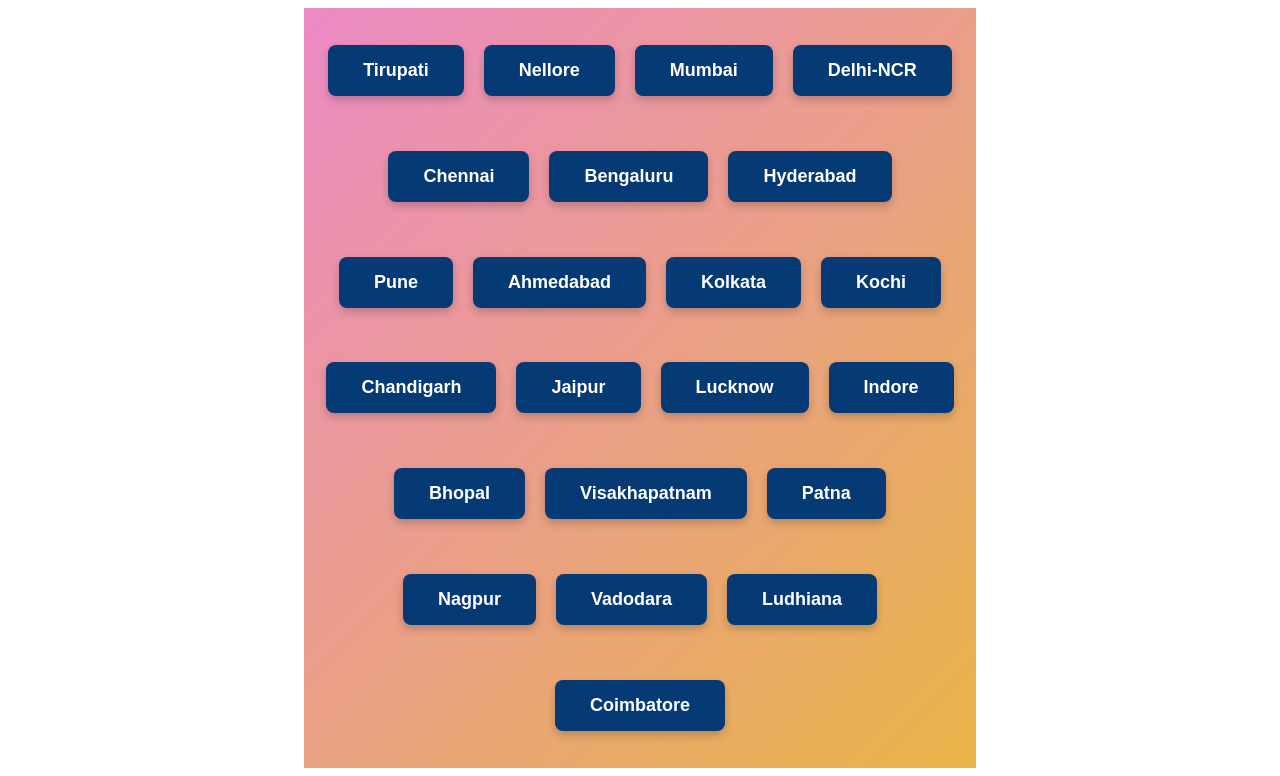
Repository: gnanaprasunag/MovieBookingApp
Page: /navigation (app in frontend/)
The author's editor kept a copy of each file at every save. The page is drawn from the files as they stood at one save, then again after the next save.
The browser window is 1280 px wide. The pictures show the whole page.
The page's requests for data from a server got no answer. The project was rebuilt for these pictures with package versions that can differ from the ones it lists, and the page was loaded fresh each time. No one was signed in, and anything a server would have sent is missing. Also part of the build but not shown: frontend/src/components/PrivateRoute.js, frontend/src/components/AuthorizeRoute.js.

Above is the page before, as saved 2025-05-05 02:22:04.

### frontend/src/index.js
import React from 'react';
import ReactDOM from 'react-dom/client';
import App from './App';
import { BrowserRouter } from 'react-router-dom'
import { Provider } from 'react-redux';
import { store } from "./components/store";

store.subscribe(()=>{
  console.log("state",store.getState())
})

const root = ReactDOM.createRoot(document.getElementById('root'));
root.render(
  <BrowserRouter>
    <Provider store={store}>
      <App />
      </Provider>
  </BrowserRouter>
);

### frontend/src/App.js
import { Routes, Route } from 'react-router-dom';
import { ToastContainer } from 'react-toastify';
import 'react-toastify/dist/ReactToastify.css';
import { handleReload } from './components/regSlice';
import { useEffect, lazy, Suspense } from 'react';
import PrivateRoute from './components/PrivateRoute';
import AuthorizeRoute from './components/AuthorizeRoute';
import { useDispatch } from 'react-redux';
import {
    reloadMovies,
    reloadCastcrews,
    reloadSingledate,
    reloadTimeplaces,
    reloadBookinghistory,
    reloadRatings
} from './components/movieSlice';
import { useNavigate } from 'react-router-dom';

// Lazy-loaded components
const Register = lazy(() => import('./pages/registerLoginUserprofile/Register'));
const Login = lazy(() => import('./pages/registerLoginUserprofile/Login'));
const Profile = lazy(() => import('./pages/registerLoginUserprofile/Profile'));
const ListUsers = lazy(() => import('./pages/registerLoginUserprofile/ListUsers'));
const Forbidden = lazy(() => import('./pages/registerLoginUserprofile/Forbidden'));
const Direction = lazy(() => import('./pages/Direction'));

const MovieDetails = lazy(() => import('./pages/movieCreation/MovieDetails'));
const CastcrewDetails = lazy(() => import('./pages/castcrewCreation/CastcrewDetails'));
const TimeplaceDetails = lazy(() => import('./pages/timeplaceCreation/TimeplaceDetails'));
const BookingHistory = lazy(() => import('./pages/bookingHistory/BookingHistory'));
const UserBookingHistory = lazy(() => import('./pages/bookingHistory/UserBookingHistory'));
const RatingDetails = lazy(() => import('./pages/rating/RatingDetails'));
const Ratings = lazy(() => import('./pages/rating/Ratings'));
const AllRatings = lazy(() => import('./pages/rating/AllRatings'));

const Genre = lazy(() => import('./pages/Genre'));
const BrowseHere = lazy(() => import('./pages/BrowseHere'));
const Call = lazy(() => import('./pages/Call'));
const VoiceSearch = lazy(() => import('./pages/VoiceSearch'));
const InitialPage = lazy(() => import('./pages/InitialPage'));
const Navigation = lazy(() => import('./pages/Navigation'));
const FandQ = lazy(() => import('./pages/FandQ'));
const Pay = lazy(() => import('./pages/Pay'));
const Onmovieclick = lazy(() => import('./pages/Onmovieclick'));
const Onlocationclick = lazy(() => import('./pages/Onlocationclick'));
const Onbooktickets = lazy(() => import('./pages/Onbooktickets'));
const Onplaceclick = lazy(() => import('./pages/Onplaceclick'));
const Snack = lazy(() => import('./pages/Snack'));
const AllDetails = lazy(() => import('./pages/AllDetails'));
const BookingSummary = lazy(() => import('./pages/BookingSummary'));
const AvailableOffers = lazy(() => import('./pages/AvailableOffers'));
const ApplicableOffers = lazy(() => import('./pages/ApplicableOffers'));

function App() {
    const navigate = useNavigate();
    const dispatch = useDispatch();

    // Reload data and user session when app starts
    useEffect(() => {
        (async () => {
            try {
                console.log('before reload dispatch');
                console.log('in useEffect in app handleReload', handleReload);

                if (localStorage.getItem('token')) {
                    dispatch(handleReload());
                }
                dispatch(reloadMovies());
                dispatch(reloadCastcrews());
                dispatch(reloadTimeplaces());
                dispatch(reloadBookinghistory());
                dispatch(reloadRatings());
                dispatch(reloadSingledate());
            } catch (err) {
                console.log('error', err);
            }
        })();
    }, []);

    // Redirect "/" to /initialpage
    useEffect(() => {
        if (window.location.pathname === '/') {
            navigate('/initialpage');
        }
    }, []);

    return (
        <div className="App">
            <Suspense fallback={<div>Loading...</div>}>
                <Routes>
                    <Route path="/register" element={<Register />} />
                    <Route path="/login" element={<Login />} />
                    <Route path="/direction" element={<Direction />} />

                    <Route path="/moviedetails" element={<PrivateRoute><MovieDetails /></PrivateRoute>} />
                    <Route path="/castcrewdetails" element={<PrivateRoute><CastcrewDetails /></PrivateRoute>} />
                    <Route path="/timeplacedetails" element={<PrivateRoute><TimeplaceDetails /></PrivateRoute>} />
                    <Route path="/bookinghistory" element={<PrivateRoute><BookingHistory /></PrivateRoute>} />
                    <Route path="/userbookinghistory" element={<PrivateRoute><UserBookingHistory /></PrivateRoute>} />
                    <Route path="/ratingdetails" element={<PrivateRoute><RatingDetails /></PrivateRoute>} />
                    <Route path="/ratings" element={<Ratings />} />
                    <Route path="/allratings" element={<AllRatings />} />
                    <Route path="/alldetails" element={<PrivateRoute><AllDetails /></PrivateRoute>} />
                    <Route path="/availableoffers" element={<AvailableOffers />} />
                    <Route path="/applicableoffers" element={<PrivateRoute><ApplicableOffers /></PrivateRoute>} />
                    <Route path="/bookingsummmary" element={<PrivateRoute><BookingSummary /></PrivateRoute>} />
                    <Route path="/genre" element={<Genre />} />
                    <Route path="/browsehere" element={<BrowseHere />} />
                    <Route path="/call" element={<PrivateRoute><Call /></PrivateRoute>} />
                    <Route path="/snack" element={<PrivateRoute><Snack /></PrivateRoute>} />
                    <Route path="/voicesearch" element={<VoiceSearch />} />
                    <Route path="/navigation" element={<Navigation />} />
                    <Route path="/initialpage" element={<InitialPage />} />
                    <Route path="/profile" element={<PrivateRoute><Profile /></PrivateRoute>} />
                    <Route path="/fandq" element={<FandQ />} />
                    <Route path="/pay" element={<PrivateRoute><Pay /></PrivateRoute>} />
                    <Route path="/onmovieclick" element={<Onmovieclick />} />
                    <Route path="/onplaceclick" element={<Onplaceclick />} />
                    <Route path="/onlocationclick" element={<Onlocationclick />} />
                    <Route path="/onbooktickets" element={<Onbooktickets />} />

                    <Route path="/listusers" element={
                        <PrivateRoute>
                            <AuthorizeRoute roles={['admin', 'moderator']}>
                                <ListUsers />
                            </AuthorizeRoute>
                        </PrivateRoute>
                    } />

                    <Route path="/forbidden" element={<Forbidden />} />
                </Routes>
            </Suspense>
            <ToastContainer />
        </div>
    );
}

export default App;

### frontend/src/components/store.js
import { configureStore } from "@reduxjs/toolkit";
import userReducer from "./regSlice";
import movieReducer from "./movieSlice";

export const store = configureStore({
  reducer: {
    user: userReducer,
    movieSlice:movieReducer
  },
});

console.log(store.getState());

### frontend/src/components/regSlice.js
import { createSlice, createAsyncThunk } from '@reduxjs/toolkit';
import { toast } from 'react-toastify';
import axios from '../config/axios';

// ------------------------------
// 🟢 Async Thunks
// ------------------------------

const handleApiErrors = (err, rejectWithValue, defaultMsg = 'An error occurred') => {
    if (err.response?.data?.error) {
        return rejectWithValue({ serverErrors: [err.response.data.error] });
    } else if (err.response?.data?.errors) {
        const array = err.response.data.errors.map((ele) => ele.msg);
        return rejectWithValue({ serverErrors: array });
    } else {
        return rejectWithValue({ serverErrors: [defaultMsg] });
    }
};

export const handleEditProfile = createAsyncThunk(
    "users/handleEditProfile",
    async ({ editId, formData }, { rejectWithValue }) => {
        try {
            const response = await axios.put(
                `/api/users/change-profile/${editId}`,
                formData,
                { headers: { 'Authorization': localStorage.getItem('token') } }
            );
            return response.data;
        } catch (err) {
            return handleApiErrors(err, rejectWithValue, 'Failed to edit profile');
        }
    }
);

export const handleRegister = createAsyncThunk(
    "users/handleRegister",
    async (formData, { rejectWithValue }) => {
        try {
            const response = await axios.post('/api/users/register', formData);
            toast('Successfully Registered', { autoClose: 1000 });
            return response.data;
        } catch (err) {
            return handleApiErrors(err, rejectWithValue, 'Registration failed');
        }
    }
);

export const handleReload = createAsyncThunk(
    "users/handleReload",
    async (_, { rejectWithValue }) => {
        try {
            const response = await axios.get('/api/users/account', {
                headers: { 'Authorization': localStorage.getItem('token') }
            });
            return response.data;
        } catch (err) {
            return handleApiErrors(err, rejectWithValue, 'Failed to reload user data');
        }
    }
);

export const handlemailcheck = createAsyncThunk(
    "users/handleEmailcheck",
    async ({ email }, { rejectWithValue }) => {
        try {
            const response = await axios.post('/api/users/mailcheck', { email });
            return response.data;
        } catch (err) {
            return rejectWithValue({
                serverErrors: ['Email ID is not present']
            });
        }
    }
);

export const handleLogin = createAsyncThunk(
    "users/handleLogin",
    async (formData, { rejectWithValue }) => {
        try {
            const response = await axios.post('/api/users/login', formData, {
                headers: { 'Authorization': localStorage.getItem('token') }
            });
            localStorage.setItem('token', response.data.token);
            toast('Successfully logged in');
            return response.data;
        } catch (err) {
            return handleApiErrors(err, rejectWithValue, 'Login failed');
        }
    }
);

// ------------------------------
// 🟢 Slice
// ------------------------------

const initialState = {
    user: null,
    isLoggedin: false,
    error: null,
    status: "idle",
    editId: null
};

const userSlice = createSlice({
    name: "users",
    initialState,
    reducers: {
        handleEditId: (state, action) => {
            state.editId = action.payload;
        },
        handleLogout: (state) => {
            localStorage.removeItem('token');
            state.user = null;
            state.isLoggedin = false;
            state.error = null;
            state.editId = null;
            state.status = "idle";
            toast("Successfully logged out");
        },
        handleServerErrors: (state, action) => {
            state.error = action.payload;
        }
    },
    extraReducers: (builder) => {
        builder
            // Register
            .addCase(handleRegister.pending, (state) => {
                state.status = "loading";
            })
            .addCase(handleRegister.fulfilled, (state, action) => {
                state.status = "success";
                state.user = action.payload;
                state.error = null;
            })
            .addCase(handleRegister.rejected, (state, action) => {
                state.error = action.payload.serverErrors;
            })

            // Login
            .addCase(handleLogin.pending, (state) => {
                state.status = "loading";
            })
            .addCase(handleLogin.fulfilled, (state, action) => {
                state.isLoggedin = true;
                state.user = action.payload.user;
                state.error = null;
            })
            .addCase(handleLogin.rejected, (state, action) => {
                state.error = action.payload.serverErrors;
            })

            // Reload
            .addCase(handleReload.fulfilled, (state, action) => {
                state.isLoggedin = true;
                state.user = action.payload;
                state.error = null;
            })

            // Edit Profile
            .addCase(handleEditProfile.fulfilled, (state, action) => {
                state.editId = null;
                state.user = action.payload;
                state.error = null;
            })
            .addCase(handleEditProfile.rejected, (state, action) => {
                state.error = action.payload.serverErrors;
            });
    }
});

export const { handleLogout, handleServerErrors, handleEditId } = userSlice.actions;
export default userSlice.reducer;

### frontend/src/components/movieSlice.js
import { createSlice, createAsyncThunk } from '@reduxjs/toolkit';
import axios from '../config/axios';


const handleApiErrors = (err, rejectWithValue) => {
    if (err.response?.data?.error) {
        return rejectWithValue({ serverErrors: [err.response.data.error] });
    } else if (err.response?.data?.errors) {
        const array = err.response.data.errors.map(ele => ele.msg);
        return rejectWithValue({ serverErrors: array });
    } else {
        return rejectWithValue({ serverErrors: ['Unknown error occurred'] });
    }
};

export const reloadSingledate = createAsyncThunk(
    "movies/reloadSingledate",
    async (_, { rejectWithValue }) => {
        try {
            const response = await axios.get('/api/singledate');
            return response.data;
        } catch (err) {
            return handleApiErrors(err, rejectWithValue);
        }
    }
);

export const reloadMovies = createAsyncThunk(
    "movies/reloadMovies",
    async (_, { rejectWithValue }) => {
        try {
            const response = await axios.get('/api/movies');
            return response.data;
        } catch (err) {
            return handleApiErrors(err, rejectWithValue);
        }
    }
);

export const reloadCastcrews = createAsyncThunk(
    "movies/reloadCastcrews",
    async (_, { rejectWithValue }) => {
        try {
            const response = await axios.get('/api/castcrew');
            return response.data;
        } catch (err) {
            return handleApiErrors(err, rejectWithValue);
        }
    }
);

export const reloadTimeplaces = createAsyncThunk(
    "movies/reloadTimeplaces",
    async (_, { rejectWithValue }) => {
        try {
            const response = await axios.get('/api/timeplace');
            return response.data;
        } catch (err) {
            return handleApiErrors(err, rejectWithValue);
        }
    }
);

export const reloadBookinghistory = createAsyncThunk(
    "movies/reloadBookinghistory",
    async (_, { rejectWithValue }) => {
        try {
            const response = await axios.get('/api/bookinghistory');
            return response.data;
        } catch (err) {
            return handleApiErrors(err, rejectWithValue);
        }
    }
);

export const reloadRatings = createAsyncThunk(
    "movies/reloadRatings",
    async (_, { rejectWithValue }) => {
        try {
            const response = await axios.get('/api/rating');
            return response.data;
        } catch (err) {
            return handleApiErrors(err, rejectWithValue);
        }
    }
);

// ------------------------------
// 🟢 Slice
// ------------------------------

const initialState = {
    allmovies: null,
    allcastcrews: null,
    alltimeplaces: null,
    allbookinghistories: null,
    allratings: null,
    allsingledate: null,
    error: null,
    status: "idle",
    editId: null
};

const movieSlice = createSlice({
    name: "movies",
    initialState,
    reducers: {
        handleEditId: (state, action) => {
            state.editId = action.payload;
        },
        handleServerErrors: (state, action) => {
            state.error = action.payload;
        },
        moviesAfterEdit: (state, action) => {
            state.allmovies = action.payload;
        },
        castcrewAfterRemove: (state, action) => {
            state.allcastcrews = action.payload;
        },
        timeplaceAfterRemove: (state, action) => {
            state.alltimeplaces = action.payload;
        },
        ratingAfterRemove: (state, action) => {
            state.allratings = action.payload;
        }
    },
    extraReducers: (builder) => {
        builder
            .addCase(reloadMovies.pending, (state) => {
                state.status = "loading";
            })
            .addCase(reloadMovies.fulfilled, (state, action) => {
                state.allmovies = action.payload;
                state.status = "idle";
            })
            .addCase(reloadMovies.rejected, (state, action) => {
                state.error = action.payload?.serverErrors;
                state.status = "idle";
            })
            .addCase(reloadSingledate.fulfilled, (state, action) => {
                state.allsingledate = action.payload;
            })
            .addCase(reloadCastcrews.fulfilled, (state, action) => {
                state.allcastcrews = action.payload;
            })
            .addCase(reloadCastcrews.rejected, (state, action) => {
                state.error = action.payload?.serverErrors;
            })
            .addCase(reloadTimeplaces.fulfilled, (state, action) => {
                state.alltimeplaces = action.payload;
            })
            .addCase(reloadBookinghistory.fulfilled, (state, action) => {
                state.allbookinghistories = action.payload;
            })
            .addCase(reloadRatings.fulfilled, (state, action) => {
                state.allratings = action.payload;
            });
    }
});

export const {
    handleEditId,
    handleServerErrors,
    moviesAfterEdit,
    castcrewAfterRemove,
    timeplaceAfterRemove,
    ratingAfterRemove
} = movieSlice.actions;

export default movieSlice.reducer;

### frontend/src/pages/Navigation.js
import { useState } from "react";
import { useNavigate } from "react-router-dom";
import "./navigation.css"; // Assuming the CSS file is in the same directory

export default function Navigation() {
  const navigate = useNavigate();
  const [selectedLocation, setSelectedLocation] = useState("");

  const places = [
    "Tirupati",
    "Nellore",
    "Mumbai",
    "Delhi-NCR",
    "Chennai",
    "Bengaluru",
    "Hyderabad",
    "Pune",
    "Ahmedabad",
    "Kolkata",
    "Kochi",
    "Chandigarh",
    "Jaipur",
    "Lucknow",
    "Indore",
    "Bhopal",
    "Visakhapatnam",
    "Patna",
    "Nagpur",
    "Vadodara",
    "Ludhiana",
    "Coimbatore",
  ];

  const handleClick = (ele) => {
    setSelectedLocation(ele);
    navigate("/initialpage", { state: { selectedlocation: ele } });
  };

  return (
    <div className="navigation-container">
      {places.map((ele, i) => (
        <button
          key={i}
          onClick={() => handleClick(ele)}
          className="location-button"
        >
          {ele}
        </button>
      ))}
    </div>
  );
}

### frontend/src/config/axios.js
import axios from 'axios'
//we can create axios configuration object
export default axios.create({
    baseURL:'http://localhost:9213'
})

### frontend/src/pages/navigation.css
/* Full-page container styling */
.navigation-container {
    display: flex;
    flex-wrap: wrap;
    justify-content: center;
    align-items: center;
    min-height: 100vh;
    background: linear-gradient(135deg, #ec8ac5, #e8b547); /* Soft gradient */
    gap: 20px;
    padding: 20px;
    max-width:50%;
    margin:0 auto;
}

/* Location button styling */
.location-button {
    padding: 15px 35px;
    background-color: #063a75; /* Elegant blue */
    color: #fff;
    border: none;
    border-radius: 8px;
    font-size: 18px;
    font-weight: 600;
    cursor: pointer;
    box-shadow: 0 4px 8px rgba(0, 0, 0, 0.2);
    transition: all 0.3s ease;
    text-transform: capitalize;
}

/* Hover effect */
.location-button:hover {
    background-color: #357ABD;
    transform: translateY(-3px);
    box-shadow: 0 6px 12px rgba(0, 0, 0, 0.3);
}

/* Click effect */
.location-button:active {
    transform: translateY(0);
    box-shadow: 0 4px 8px rgba(0, 0, 0, 0.2);
}

Loaded but not shown: frontend/public/index.html (common file)

After the next save:
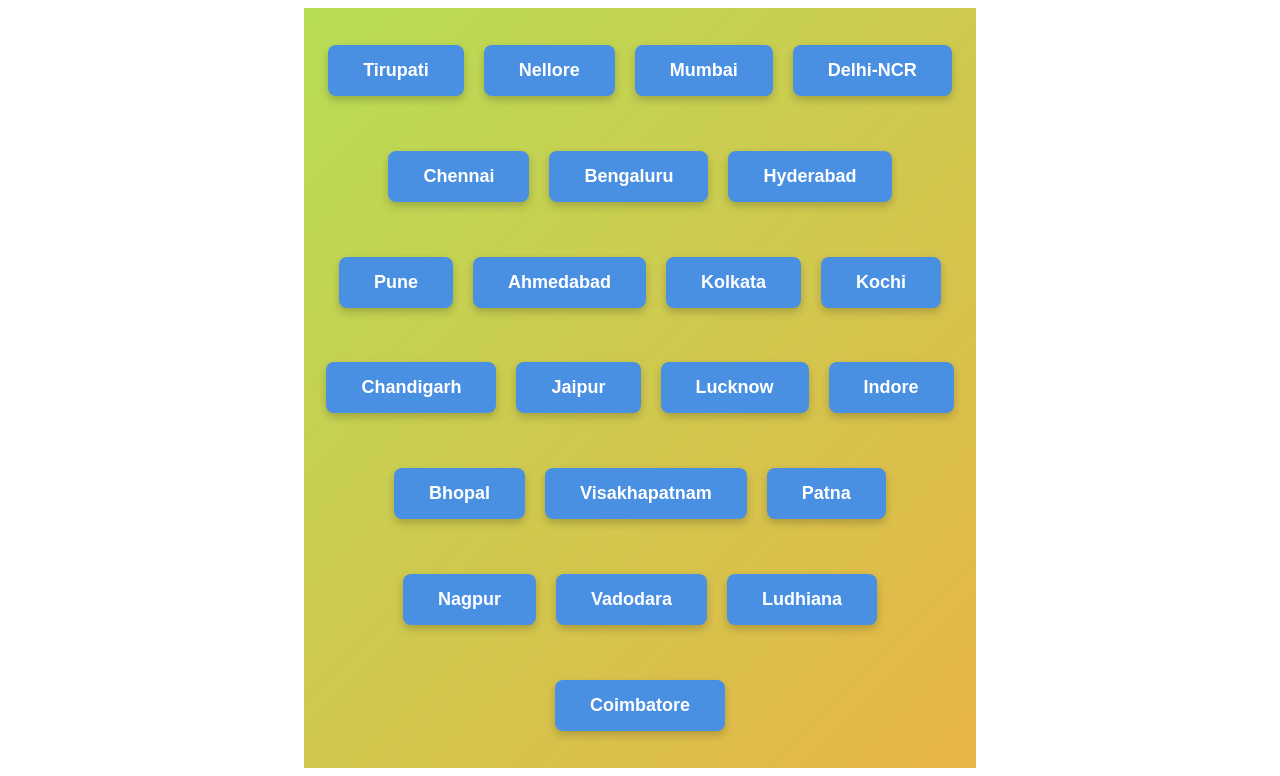
Saved 18 s later.
--- a/frontend/src/pages/navigation.css
+++ b/frontend/src/pages/navigation.css
@@ -5,7 +5,7 @@
     justify-content: center;
     align-items: center;
     min-height: 100vh;
-    background: linear-gradient(135deg, #ec8ac5, #e8b547); /* Soft gradient */
+    background: linear-gradient(135deg, #b7dd56, #e8b547); /* Soft gradient */
     gap: 20px;
     padding: 20px;
     max-width:50%;
@@ -15,7 +15,7 @@
 /* Location button styling */
 .location-button {
     padding: 15px 35px;
-    background-color: #063a75; /* Elegant blue */
+    background-color: #4a90e2; /* Elegant blue */
     color: #fff;
     border: none;
     border-radius: 8px;
